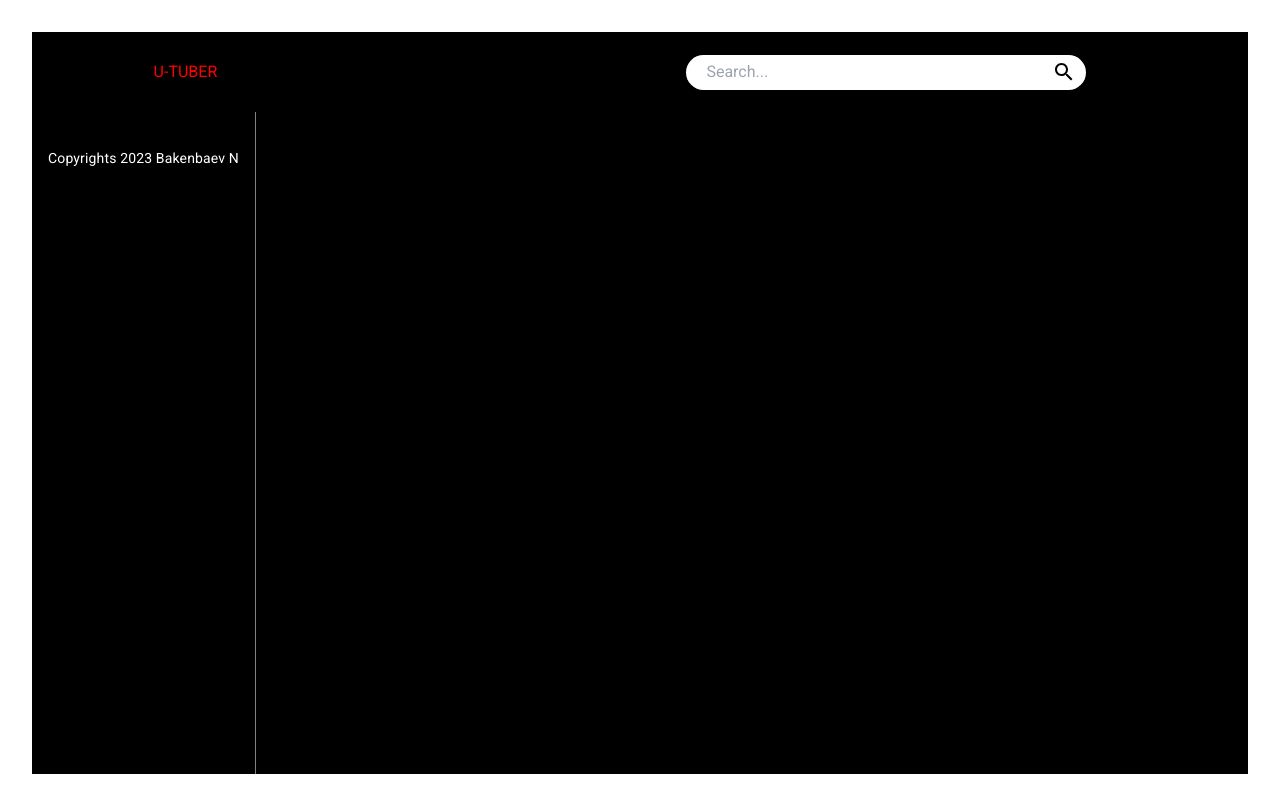
Repository: Nurlan-Bakenbaev/YoutubeClone
Page: /
The author's editor kept a copy of each file at every save. The page is drawn from the files as they stood at one save, then again after a run of saves.
The browser window is 1280 px wide. The pictures show the whole page.
The project was rebuilt for these pictures with package versions that can differ from the ones it lists, and the page was loaded fresh each time. Also part of the build but not shown: vite.config.js, src/components/VideoDetails.jsx, src/components/SearchFeed.jsx, src/components/ChannelDetails.jsx.

Above is the page before, as saved 2023-09-06 09:39:01.

### index.html
<!DOCTYPE html>
<html lang="en">
  <head>
    <link
      rel="stylesheet"
      href="https://fonts.googleapis.com/icon?family=Material+Icons"
    />
    <link rel="preconnect" href="https://fonts.googleapis.com" />
    <link rel="preconnect" href="https://fonts.gstatic.com" crossorigin />
    <link
      rel="stylesheet"
      href="https://fonts.googleapis.com/css2?family=Roboto:wght@300;400;500;600;700&display=swap"
    />

    <meta charset="UTF-8" />
    <link rel="icon" type="image/svg+xml" href="/vite.svg" />
    <meta name="viewport" content="width=device-width, initial-scale=1.0" />
    <title>Youtube Clone</title>
  </head>
  <body>
    <div id="root"></div>
    <script type="module" src="/src/main.jsx"></script>
  </body>
</html>

### src/App.jsx
import "./App.css";
import { BrowserRouter, Routes, Route } from "react-router-dom";
import { Box } from "@mui/material";
import Navbar from './components/Navbar'
import Feed from './components/Feed'
import VideoDetails from './components/VideoDetails'
import SearchFeed from './components/SearchFeed'
import ChannelDetails from './components/ChannelDetails'


const App = () => (
  <BrowserRouter>
    <Box sx={{ backgroundColor: "#000" }}>
      <Navbar/>
      <Routes>
        <Route path="/" element={<Feed />} />
        <Route path="/video:id" element={<VideoDetails />} />
        <Route path="/channel:id" element={<ChannelDetails />} />
        <Route path="/search/:searchTerm" element={<SearchFeed />} />
      </Routes>
    </Box>
  </BrowserRouter>
);

export default App;

### src/index.css
@import "tailwindcss/base";
@import "tailwindcss/components";
@import "tailwindcss/utilities";


body {
  font-family: "Roboto", sans-serif;
  margin: 0;
  padding: 0;
  box-sizing: border-box;
}
a{
  color:inherit;
  text-decoration: none;
}

### src/components/Navbar.jsx
import { Stack } from "@mui/material";
import { Link } from "react-router-dom";
import SearchBar from "./SearchBar";

const Navbar = () => {
  return (
    <Stack
      direction="row"
      alignItems="center"
      sx={{
        position: "sticky",
        background: "black",
        top: "0",
        justifyContent: "space-between",
        height: "80px",
        margin:'0 auto',
        width:'80%'
      }}
    >
      <Stack
        sx={{
          display: "flex",
          flexDirection: "row",
          alignItems: "center",
          color: "red",
        }}
      >
        <Link className="uppercase" to={"/"}>
          U-tuber
        </Link>
      </Stack>
      <SearchBar />
    </Stack>
  );
};

export default Navbar;

### src/components/Feed.jsx
import React, { useState, useEffect } from "react";
import { Box, Stack, Typography } from "@mui/material";

const Feed = () => {
  return (
    <Stack sx={{ flexDirection: { sx: "column", md: "row" } }}>
      <Box
        sx={{
          height: { sx: "auto", md: "92vh" },
          borderRight: "1px solid gray",
          px: { sx: 0, md: 2 },
        }}
      >
        SideBar
        <Typography
          className="copyright"
          variant="body2"
          sx={{ mt: 1.5, color: "white" }}
        >
          {" "}
          Copyrights 2023 Bakenbaev N
        </Typography>
      </Box>
    </Stack>
  );
};

export default Feed;

### src/components/SearchBar.jsx
import React from "react";
import { useState } from "react";
import { useNavigate } from "react-router-dom";
import { Paper, IconButton } from "@mui/material";
import SearchIcon from "@mui/icons-material/Search";
const SearchBar = () => {
  return (
    <Paper
      component="form"
      onSubmit={() => {}}
      sx={{
        borderRadius: "20px",
        pl: 2,
        boxShadow: "none",
        display: "flex",
        alignItems: "center",
        width: "400px",
        height: "35px",
        mr: { sm: 5 },
      }}
    >
      <input
        className="flex-1 p-1 outline-none"
        placeholder="Search..."
        type="text"
        onChange={() => {}}/>
      <IconButton type="submit" sx={{ p: "10px", color: "black" }}>
        <SearchIcon />
      </IconButton>
    </Paper>
  );
};

export default SearchBar;

Loaded but not shown: src/main.jsx (common file); src/App.css (common file); tailwind.config.js (common file)

After the next 3 saves:
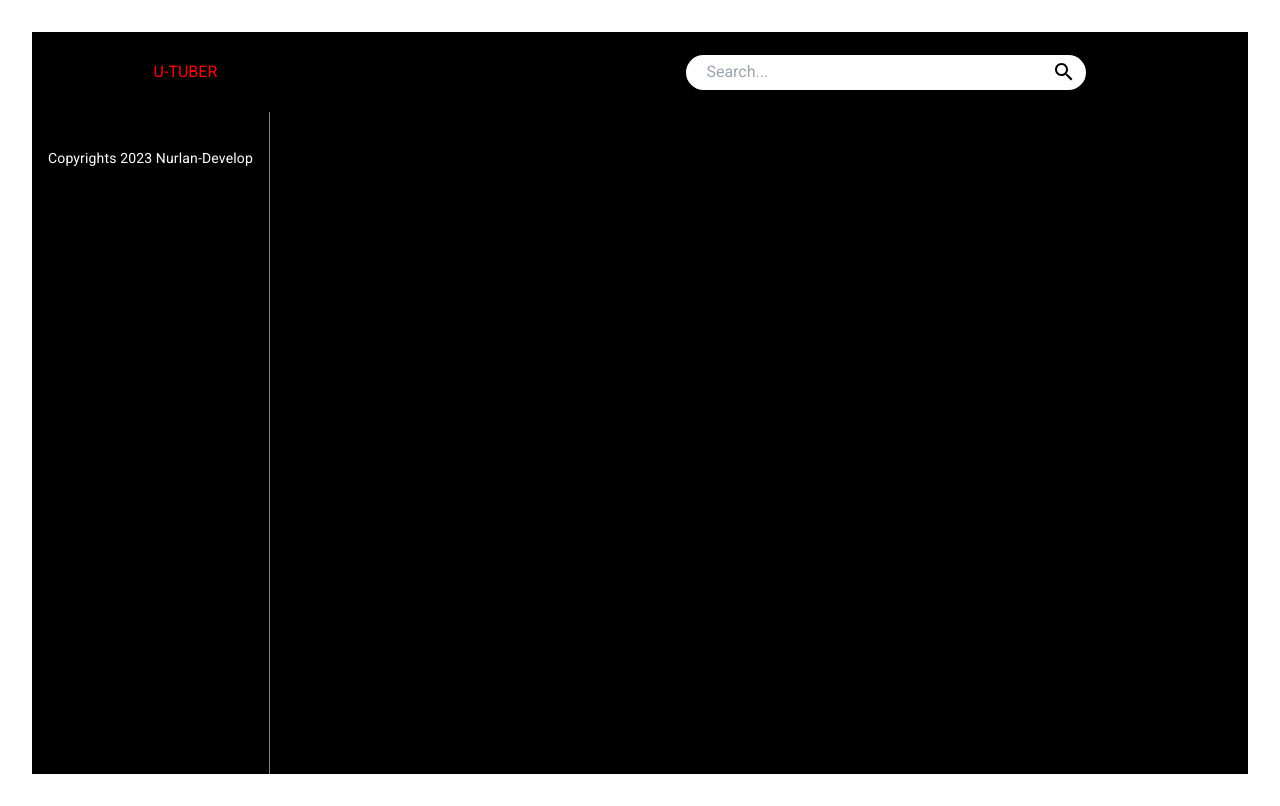
The 3 saves are shown as one change because they came seconds apart.
The last was saved 11 s later.
--- a/src/components/Feed.jsx
+++ b/src/components/Feed.jsx
@@ -18,7 +18,7 @@ const Feed = () => {
           sx={{ mt: 1.5, color: "white" }}
         >
           {" "}
-          Copyrights 2023 Bakenbaev N
+          Copyrights 2023 Nurlan-Develop
         </Typography>
       </Box>
     </Stack>
